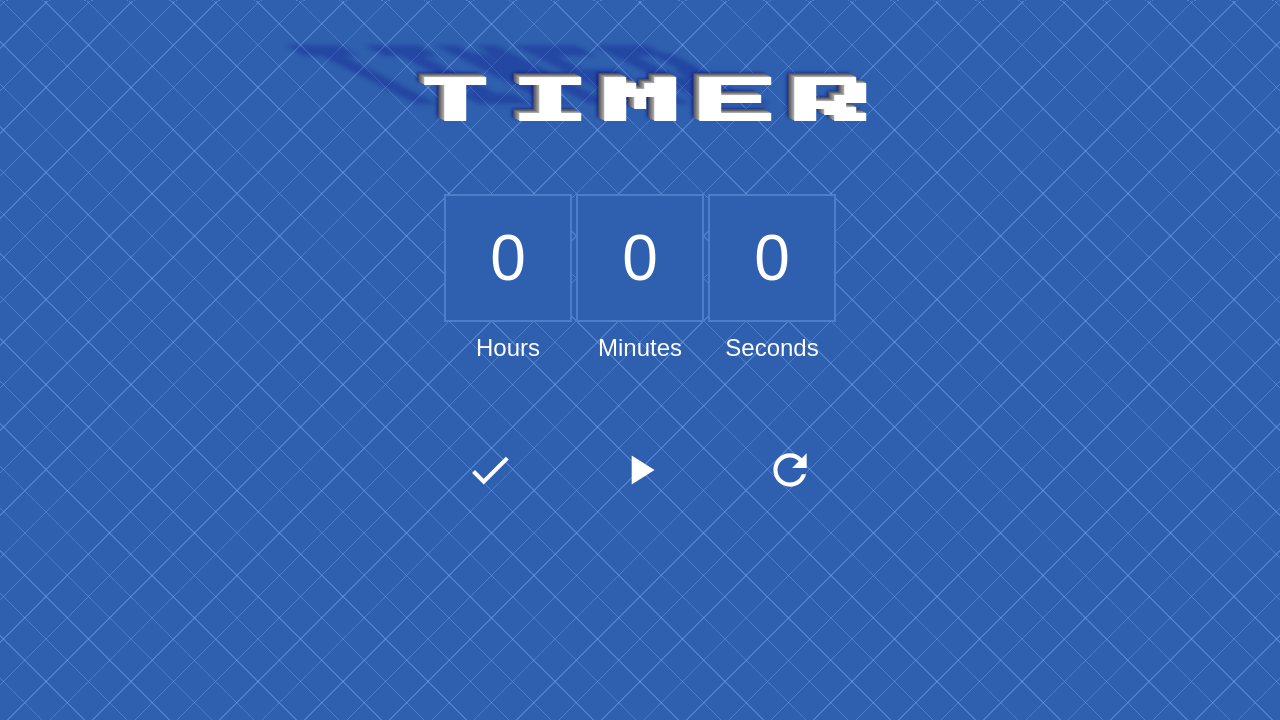
Repository: KrzysKolo/Projekt-12_Timer
Page: index.html
These files come from the project's save history. The page is drawn as it stood at one moment and after the next save; the edit follows.
The browser window is 1280 px wide. The pictures show the whole page.
Some web fonts or font styles are not loaded; a fallback is used.

Above is the page before, as saved 2020-06-24 22:59:09.

### index.html
<!DOCTYPE html>
<html lang="en">
  <head>
    <meta charset="UTF-8" />
    <meta name="viewport" content="width=device-width, initial-scale=1.0" />
    <title>Taimer</title>
    <link
      href="https://fonts.googleapis.com/css2?family=Aldrich&family=Press+Start+2P&display=swap"
      rel="stylesheet"
    />

    <link rel="stylesheet" href="./css/style.css" />
  </head>
  <body>
    <main class="timer">
      <header class="timer__header">
        <h1 class="timer__heading" data-text="TIMER">
          Timer
        </h1>
      </header>
      <article class="timer__clock">
        <!-- input hours-->
        <section class="clock">
          <input
            type="number"
            name="hours"
            id="hours"
            value="0"
            min="0"
            max="99"
            class="clock__input"
            data-timer-input__hours
          />
          <label for="hours" class="clock__label">Hours</label>
        </section>
        <!-- input minutes-->
        <section class="clock">
          <input
            type="number"
            name="minutes"
            id="minutes"
            value="0"
            min="0"
            max="59"
            class="clock__input"
            data-timer-input__minutes
          />
          <label for="minutes" class="clock__label">Minutes</label>
        </section>
        <!-- input seconds -->
        <section class="clock">
          <input
            type="number"
            name="seconds"
            id="seconds"
            value="0"
            min="0"
            max="59"
            class="clock__input"
            data-timer-input__seconds
          />
          <label for="seconds" class="clock__label">Seconds</label>
        </section>
      </article>
      <article class="timer__buttons">
        <!-- button 1 -->
        <button class="button">
          <svg class="button__icon">
            <use xlink:href="./assets/icons/sprite.svg#done-24px"></use>
          </svg>
        </button>
        <!-- button 2 -->
        <button class="button">
          <svg class="button__icon">
            <use xlink:href="./assets/icons/sprite.svg#play_arrow-24px"></use>
          </svg>
        </button>
        <!-- button 3 -->
        <button class="button">
          <svg class="button__icon">
            <use xlink:href="./assets/icons/sprite.svg#refresh-24px"></use>
          </svg>
        </button>
        <!-- dźwięk -->
        <section class="timer__audio">
          <audio src="./assets/sounds/alarm.mp3" loop></audio>
          <button class="button">
            <svg class="button__icon button__icon--alarm hide">
              <use xlink:href="./assets/icons/sprite.svg#timer-24px"></use>
            </svg>
          </button>
        </section>
      </article>
    </main>
  </body>
</html>

### css/style.css
*,
*::before,
*::after {
  padding: 0;
  margin: 0;
  box-sizing: inherit;
  font-size: 16px;
}
body {
  box-sizing: border-box;
  color: #fff;
  font-family: "Aldrich", sans-serif;
  background-color: #2f5faf;
  background-position: 0 1px;

  background-image: -webkit-repeating-linear-gradient(
      deg,
      rgba(125, 170, 242, 0.4),
      rgba(125, 170, 242, 0.4) 1px,
      transparent 1px,
      transparent 30px
    ),
    -webkit-repeating-linear-gradient(90deg, rgba(125, 170, 242, 0.4), rgba(
            125,
            170,
            242,
            0.4
          )
          1px, transparent 1px, transparent 30px);
  background-image: repeating-linear-gradient(
      -45deg,
      rgba(125, 170, 242, 0.4),
      rgba(125, 170, 242, 0.4) 1px,
      transparent 1px,
      transparent 30px
    ),
    repeating-linear-gradient(
      45deg,
      rgba(125, 170, 242, 0.4),
      rgba(125, 170, 242, 0.4) 1px,
      transparent 1px,
      transparent 30px
    );
}
.timer {
  width: 100vw;
  height: 100vh;
  position: relative;

  display: flex;
  flex-direction: column;
  justify-content: flex-start;
  align-items: flex-start;
  align-items: center;
  box-shadow: -5px 0 5px -5px #333;
}
.timer__header {
  padding: 1rem;
}

.timer__heading {
  font-family: "Press Start 2P", cursive;
  font-size: 4rem;
  text-transform: uppercase;
  position: relative;
  top: 50%;
  left: -25%;
  transform: calc(-50%, -50%);
  color: rgba(0, 0, 0, 0);

  transform: skew(63deg, 0deg);
  letter-spacing: 15px;
  text-shadow: 0 0 3px rgba(0, 0, 128, 0.25);
  z-index: 50;
}
.timer__heading::after {
  content: attr(data-text);
  font-family: "Press Start 2P", cursive;
  font-size: 5rem;
  position: absolute;
  top: 15px;
  left: 25px;
  color: rgba(255, 255, 255, 1);

  transform: skew(-63deg) scale(1, 0.6);

  text-shadow: -1px -1px 1px #aaa, -2px -2px 1px #999, -3px -3px 1px #888,
    -4px -4px 1px #777, -5px -5px 1px #666, -6px -6px 1px #555,
    -7px -7px 5px rgba(0, 0, 128, 0.75);
  z-index: 100;
}
.timer__clock {
  display: flex;
  padding-top: 6rem;
  padding-bottom: 3rem;
}
.timer__buttons {
  width: 450px;
  display: flex;
  justify-content: space-around;
  margin-top: 35px;
  position: relative;
}
.timer__audio {
  position: absolute;
  bottom: -100px;
}
.clock {
  display: flex;
  flex-direction: column;
  align-items: center;
}
.clock__input {
  background-color: #2f5faf;
  color: #fff;
  font-family: inherit;
  font-size: 4rem;
  width: 8rem;
  height: 8rem;
  text-align: center;
  border: 2px solid rgba(125, 170, 242, 0.4);
  margin: 2px;
}
.clock__input::-webkit-inner-spin-button {
  -webkit-appearance: none;
}
.clock__input:disabled {
  border: none;
}
.clock__label {
  font-size: 1.5rem;
  padding-top: 10px;
}
.button {
  background-color: transparent;
  border: none;
  cursor: pointer;
}
.button__icon {
  height: 50px;
  width: 50px;
  fill: #fff;
  transition: fill 0.1s ease-in;
}
.button__icon:hover {
  fill: yellow;
}
.button__icon--alarm {
  fill: #c93030;
  animation: shake 0.1s ease-in infinite;
}
.hide {
  display: none;
}
@keyframes shake {
  25% {
    transform: translateX(-1px);
  }
  75% {
    transform: translateX(1px);
  }
}

After the next save:
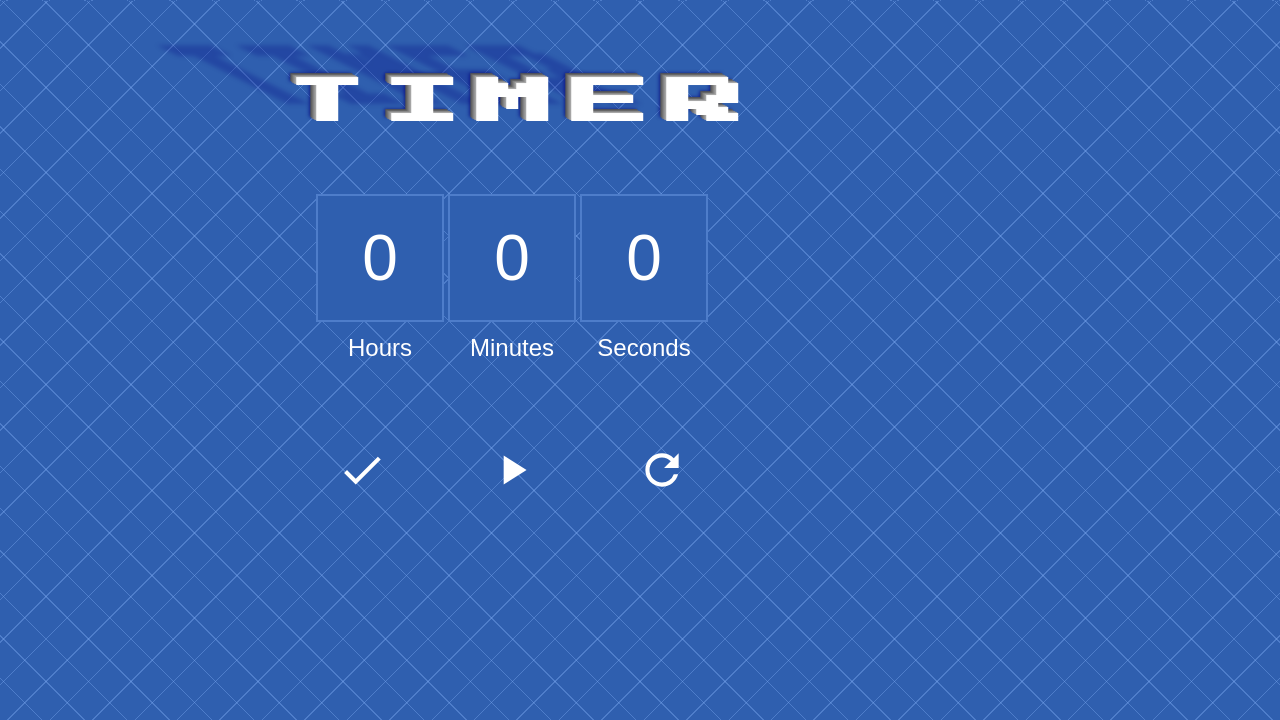
Saved 24 s later.
--- a/css/style.css
+++ b/css/style.css
@@ -43,7 +43,7 @@ body {
     );
 }
 .timer {
-  width: 100vw;
+  width: 80vw;
   height: 100vh;
   position: relative;
 
